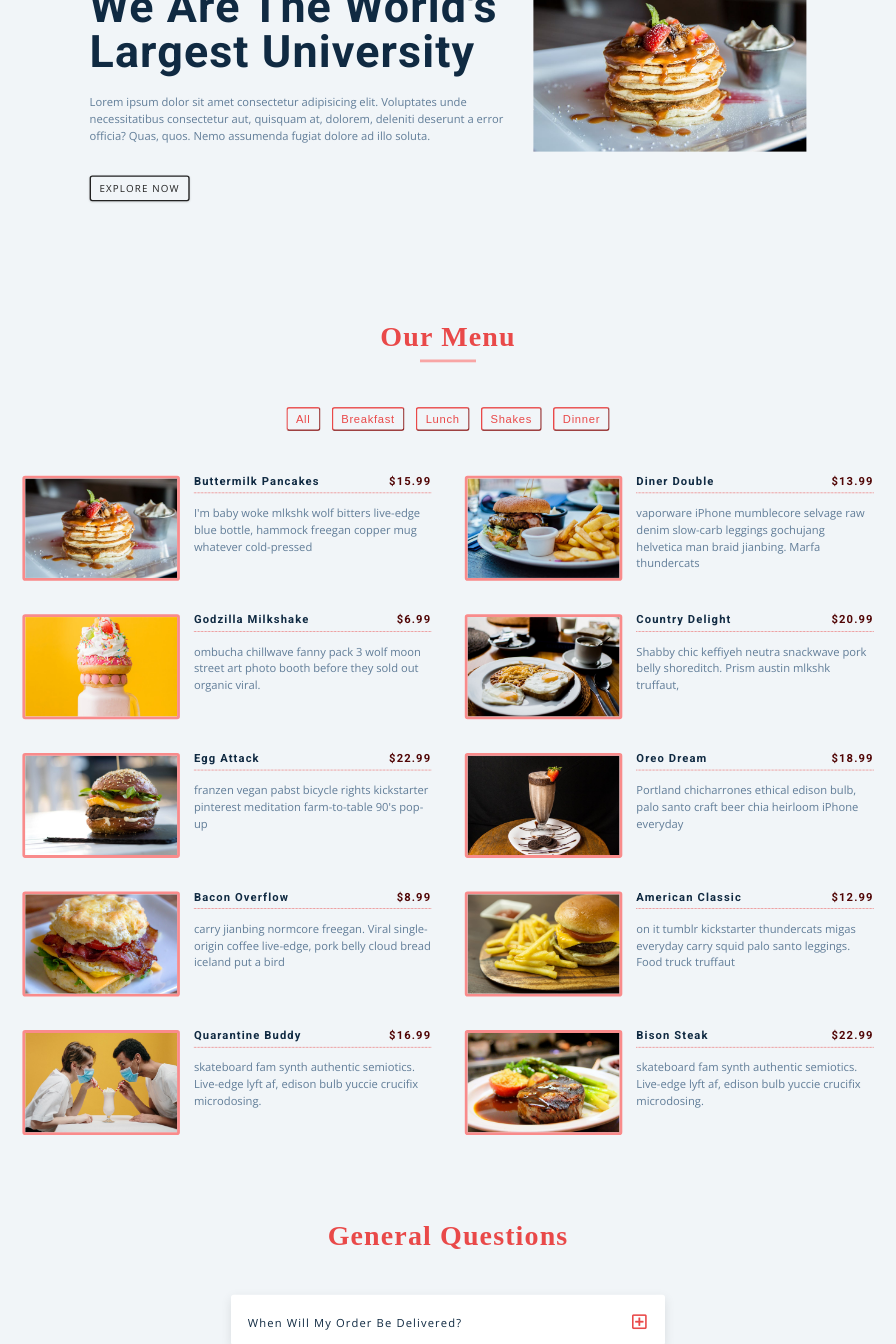
Repository: xoshiraghavx/Food-you
Page: index.html
An editor plug-in stored every save of this project. The page is shown before and after the next save, followed by the edit.
The browser window is 1280 px wide. The pictures show the part of the page from y = 822 to 2742 px (the page is 3244 px tall before and 3276 px after), at 70% of full size.
Some web libraries are served in a nearby version.

Above is the page before, as saved 2022-12-03 09:16:18.

### index.html
<!DOCTYPE html>
<html lang="en">
  <head>
    <meta charset="UTF-8" />
    <meta name="viewport" content="width=device-width, initial-scale=1.0" />
    <title>interior design</title>
    <!-- font-awesome -->
    <link
      rel="stylesheet"
      href="https://cdnjs.cloudflare.com/ajax/libs/font-awesome/5.14.0/css/all.min.css"
    />

    <!-- styles -->
    <link rel="stylesheet" href="styles.css" />
  </head>
  <body>
<nav>
  <div class="nav-center">
    <div class="nav-header">
      <div class="logo-div">
      <img src="./img/logo.png" alt="logo" class="logo">
      <div class="logo-name">
      <p><span id="color"><b>FOOD </b><br><i>& you</i></span></p>
    </div>
    </div>
      <button class="nav-toggle">
        <i class="fas fa-bars"></i>
      </button>
    </div>
    <!-- links -->
    <!-- <ul class="links">

      <li>
        <a href="index.html">home</a>
      </li>
      <li>
    </ul> -->
    <!-- social media -->
    <ul class="social-icons">
      <li>
        <a href="https://www.facebook.com">
          <i class="fab fa-facebook"></i>
        </a>
      </li>
      <li>
        <a href="https://www.twitter.com">
          <i class="fab fa-twitter"></i>
        </a>
      </li>
      <li>
        <a href="https://www.instagram.com">
          <i class="fab fa-instagram"></i>
        </a>
      </li>
      <li>
        <a href="https://www.linkedin.com">
          <i class="fab fa-linkedin"></i>
        </a>
      </li>
      <li>
        <a href="https://www.twitter.com">
          <i class="fab fa-sketch"></i>
        </a>
      </li>
    </ul>
  </div>
</nav>
<header class="hero">
  <div class="banner">
    <h2>Looking for some food!</h2>
    <button class="btn modal-btn">Order Now</button>
  </div>
</header>
<div class="modal-overlay">
  <div class="modal-container">
    <br>
    <h3>Title</h3>
    <p>Lorem ipsum dolor sit amet consectetur adipisicing elit. Illo deleniti eum mollitia distinctio! Nesciunt dolor minima animi esse officia! Recusandae? Lorem ipsum dolor sit amet consectetur, adipisicing elit. Aspernatur, hic.</p>
    <button class="close-btn">
      <i class="fas fa-times"> </i>
    </button>
  </div>
</div>
    <!-- -------about us content---------->
    <section class="about-us">
      <div class="row">
          <div class="about-col">
              <h1>We are the world's largest university</h1>
              <p>Lorem ipsum dolor sit amet consectetur adipisicing elit. Voluptates unde necessitatibus consectetur aut, quisquam at, dolorem, deleniti deserunt a error officia? Quas, quos. Nemo assumenda fugiat dolore ad illo soluta.</p>
              <a href="" class="btn">EXPLORE NOW</a>
          </div>
          <div class="about-col">
              <img src="./img/item-1.jpeg" alt="">
          </div>
      </div>
  </section>
<section class="menu">
  <div class="title">
    <h2>Our Menu</h2>
    <div class="underline"></div>
  </div>
  <div class="btn-container">
    <!-- <button class="filter-btn" type="button" data-id="all">all</button>
    <button class="filter-btn" type="button"data-id="breakfast">breakfast</button>
    <button class="filter-btn" type="button" data-id="lunch">lunch</button>
    <button class="filter-btn" type="button" data-id="shakes">shakes</button> -->
  </div>
    <div class="section-center">
      <!-- <article class="menu-item">
        <img src="./menu-item.jpeg" class="photo" alt="menu item">
        <div class="item-info">
          <header>
            <h4>buttermilk pancakes</h4>
            <h4 class="price">Rs 600/-</h4>
          </header>
          <p class="item-text">Lorem ipsum, dolor sit amet consectetur adipisicing elit. Dolore totam aliquid ut eius architecto magni cumque explicabo voluptate, repudiandae harum.</p>
        </div>
      </article> -->
    </div>
</section>
<section class="questions">
  <div class="title">
    <h2>general questions</h2>
  </div>
  <div class="question-center">
    <article class="question">
      <div class="question-title">
      <p>When will my order be delivered?</p>
      <button type="button" class="question-btn">
        <span class="plus-icon">
      <i class="far fa-plus-square"></i>
        </span>

        <span class="minus-icon">
      <i class="far fa-minus-square"></i>
        </span>

      </button>
    </div>
    <div class="question-text">
      <p>Estimated delivery are given against each products. While sincere efforts are being made to deliver the products within the given time frame factors like, availability, festive seasons, courier delays are bound to happen. These factors are constantly monitored to keep any inordinate delays under control.</p>
    </div>
    </article>
    <article class="question">
      <div class="question-title">
      <p>Do you offer Cash on Delivery?</p>
      <button type="button" class="question-btn">
        <span class="plus-icon">
      <i class="far fa-plus-square"></i>
        </span>

        <span class="minus-icon">
      <i class="far fa-minus-square"></i>
        </span>

      </button>
    </div>
    <div class="question-text">
      <p>Yes. We offer Cash on Delivery which most of the other websites don't offer.</p>
    </div>
    </article>
    <article class="question">
      <div class="question-title">
      <p>do you use organic indegridents?</p>
      <button type="button" class="question-btn">
        <span class="plus-icon">
      <i class="far fa-plus-square"></i>
        </span>

        <span class="minus-icon">
      <i class="far fa-minus-square"></i>
        </span>

      </button>
    </div>
    <div class="question-text">
      <p>We deliver the products that are fresh and systems are kept in place to source the best products and safely consign them to you. We don't stock the products but place once we receive orders.</p>
    </div>
    </article>
  </div>
</section>
<!-- --------footer--------- -->
<section class="footer">
  <h4 id="color">Food & you</h4>
  <p>Fulfill your comfort food cravings here.</p>
  <ul class="icons">
    <li>
      <a href="https://www.facebook.com">
        <i class="fab fa-facebook"></i>
      </a>
    </li>
    <li>
      <a href="https://www.twitter.com">
        <i class="fab fa-twitter"></i>
      </a>
    </li>
    <li>
      <a href="https://www.instagram.com">
        <i class="fab fa-instagram"></i>
      </a>
    </li>
    <li>
      <a href="https://www.linkedin.com">
        <i class="fab fa-linkedin"></i>
      </a>
    </li>
  </ul>
  <p>Made by <b id="color">oshi Raghav</b></p>
</section>
<!-- javascript -->
    <script src="app.js"></script>
  </body>
</html>

### styles.css
/*
===============
Fonts
===============
*/
@import url('https://fonts.googleapis.com/css?family=Open+Sans|Roboto:400,700&display=swap');

/*
===============
Variables
===============
*/

:root {
  /* dark shades of primary color*/
  --clr-primary-1: hsl(0, 86%, 17%);
  --clr-primary-2: hsl(0, 77%, 27%);
  --clr-primary-3: hsl(0, 72%, 37%);
  --clr-primary-4: hsl(0, 63%, 48%);
  /* primary/main color */
  --clr-primary-5: hsl(0, 78%, 60%);
  /* lighter shades of primary color */
  --clr-primary-6: hsl(0, 90%, 70%);
  --clr-primary-7: hsl(0, 90%, 76%);
  --clr-primary-8: hsl(0, 86%, 81%);
  --clr-primary-9: hsl(0, 90%, 88%);
  --clr-primary-10: hsl(0, 100%, 96%);
  /* darkest grey - used for headings */
  --clr-grey-1: hsl(209, 61%, 16%);
  --clr-grey-2: hsl(211, 39%, 23%);
  --clr-grey-3: hsl(209, 34%, 30%);
  --clr-grey-4: hsl(209, 28%, 39%);
  /* grey used for paragraphs */
  --clr-grey-5: hsl(210, 22%, 49%);
  --clr-grey-6: hsl(209, 23%, 60%);
  --clr-grey-7: hsl(211, 27%, 70%);
  --clr-grey-8: hsl(210, 31%, 80%);
  --clr-grey-9: hsl(212, 33%, 89%);
  --clr-grey-10: hsl(210, 36%, 96%);
  --clr-white: #fff;
  --clr-red-dark: hsl(360, 67%, 44%);
  --clr-red-light: hsl(360, 71%, 66%);
  --clr-green-dark: hsl(125, 67%, 44%);
  --clr-green-light: hsl(125, 71%, 66%);
  --clr-black: #222;
  --ff-primary: 'Roboto', sans-serif;
  --ff-secondary: 'Open Sans', sans-serif;
  --transition: all 0.3s linear;
  --spacing: 0.1rem;
  --radius: 0.25rem;
  --light-shadow: 0 5px 15px rgba(0, 0, 0, 0.1);
  --dark-shadow: 0 5px 15px rgba(0, 0, 0, 0.2);
  --max-width: 1170px;
  --fixed-width: 620px;
}
/*
===============
Global Styles
===============
*/

*,
::after,
::before {
  margin: 0;
  padding: 0;
  box-sizing: border-box;
}
body {
  font-family: var(--ff-secondary);
  background: var(--clr-grey-10);
  color: var(--clr-grey-1);
  line-height: 1.5;
  font-size: 0.875rem;
}
ul {
  list-style-type: none;
}
a {
  text-decoration: none;
}
img:not(.logo) {
  width: 100%;
}
img {
  display: block;
}
h1,
h2,
h3,
h4 {
  letter-spacing: var(--spacing);
  text-transform: capitalize;
  line-height: 1.25;
  margin-bottom: 0.75rem;
  font-family: var(--ff-primary);
}
h1 {
  font-size: 3rem;
}
h2 {
  font-size: 2rem;
}
h3 {
  font-size: 1.25rem;
}
h4 {
  font-size: 0.875rem;
}
p {
  margin-bottom: 1.25rem;
  color: var(--clr-grey-5);
}
@media screen and (min-width: 800px) {
  h1 {
    font-size: 4rem;
  }
  h2 {
    font-size: 2.5rem;
  }
  h3 {
    font-size: 1.75rem;
  }
  h4 {
    font-size: 1rem;
  }
  body {
    font-size: 1rem;
  }
  h1,
  h2,
  h3,
  h4 {
    line-height: 1;
  }
}
/*  global classes */
.btn {
  text-transform: uppercase;
  background: transparent;
  color: var(--clr-black);
  padding: 0.375rem 0.75rem;
  letter-spacing: var(--spacing);
  display: inline-block;
  transition: var(--transition);
  font-size: 0.875rem;
  border: 2px solid var(--clr-black);
  cursor: pointer;
  box-shadow: 0 1px 3px rgba(0, 0, 0, 0.2);
  border-radius: var(--radius);
}
.btn:hover {
  color: var(--clr-white);
  background: var(--clr-black);
}
/* section */
.section {
  padding: 5rem 0;
}


@media screen and (min-width: 992px) {
  .section-center .question-center {
    width: 95vw;
  }
}
main {
  min-height: 100vh;
  display: grid;
  place-items: center;
}

/*
===============
Navbar
===============
*/
nav {
  background: var(--clr-white);
  box-shadow: var(--light-shadow);
  position: fixed;
  width: 100%;
}
.nav-header {
  display: flex;
  align-items: center;
  justify-content: space-between;
  padding: 1rem;
}
.nav-toggle {
  font-size: 1.5rem;
  color: var(--clr-primary-5);
  background: transparent;
  border-color: transparent;
  transition: var(--transition);
  cursor: pointer;
}
.nav-toggle:hover {
  color: var(--clr-primary-1);
  transform: rotate(90deg);
}
.logo-div{
  display: flex;
}
.logo {
  height: 90px;
  width: 90px;
}
.logo-name{
  margin-top: 20px;
}
#color{
  color: var(--clr-red-dark);

}
/* .links a {
  color: var(--clr-grey-3);
  font-size: 1rem;
  text-transform: capitalize;
  letter-spacing: var(--spacing);
  display: block;
  padding: 0.5rem 1rem;
  transition: var(--transition);
}
.links a:hover {
  background: var(--clr-primary-8);
  color: var(--clr-primary-5);
  padding-left: 1.5rem;
} */
.social-icons {
  display: none;
}
/* .links {
  height: 0;
  overflow: hidden;
  transition: var(--transition);
} */
.show-links {
  height: 10rem;
}
@media screen and (min-width: 800px) {
  .nav-center {
    max-width: 1170px;
    margin: 0 auto;
    display: flex;
    align-items: center;
    justify-content: space-between;
    padding: 1rem;
  }
  .nav-header {
    padding: 0;
  }
  .nav-toggle {
    display: none;
  }
  /* .links {
    height: auto;
    display: flex;
  }
  .links a {
    padding: 0;
    margin: 0 0.5rem;
  }
  .links a:hover {
    padding: 0;
    background: transparent;
  } */

  .social-icons {
    display: flex;
  }
  .social-icons a {
    margin: 0 0.5rem;
    color: var(--clr-primary-4);
    transition: var(--transition);
  }
  .social-icons a:hover {
    color: var(--clr-primary-7);
  }
}
/* modal css  */
.hero {
  height: 100vh;
  background: linear-gradient(rgba(4, 9, 30, 0.421),rgba(4, 9, 30, 0.421)),url("https://discovertemplate.com/wp-content/uploads/2020/11/DT_G62_Food-drink-Animated-GIF-Icon-Pack.gif") center/cover no-repeat;
  display: grid;
  place-items: center;
}
.banner {
  background: var(--clr-white);
  padding: 4rem 0;
  border-radius: var(--radius);
  box-shadow: var(--light-shadow);
  text-align: center;
  width: 90vw;
  max-width: var(--fixed-width);
}
.modal-btn {
  margin-top: 2rem;
  background: var(--clr-primary-5);
  border-color: var(--clr-primary-5);
  color: var(--clr-white);
}
.modal-btn:hover {
  background: transparent;
  color: var(--clr-primary-5);
}
.modal-overlay {
  position: fixed;
  top: 0;
  left: 0;
  width: 100%;
  height: 100%;
  background: hsla(209, 61%, 16%, 0.77);
  display: grid;
  place-items: center;
  transition: var(--transition);
  visibility: hidden;
  z-index: -10;
}
/* OPEN/CLOSE MODAL */
.open-modal {
  visibility: visible;
  z-index: 10;
}
.modal-container {
  background: var(--clr-white);
  border-radius: var(--radius);
  width: 90vw;
  height: 30vh;
  max-width: var(--fixed-width);
  text-align: center;
  display: grid;
  place-items: center;
  position: relative;
}
.close-btn {
  position: absolute;
  top: 1rem;
  right: 1rem;
  font-size: 2rem;
  background: transparent;
  border-color: transparent;
  color: var(--clr-red-dark);
  cursor: pointer;
  transition: var(--transition);
}
.close-btn:hover {
  color: var(--clr-red-light);
  transform: scale(1.3);
}
/* menu css */

.menu {
  padding: 1rem 0;
}
.title {
  text-align: center;
  margin-bottom: 2rem;
}
.underline {
  width: 5rem;
  height: 0.25rem;
  background: var(--clr-primary-8);
  margin-left: auto;
  margin-right: auto;
}
.btn-container {
  margin-bottom: 4rem;
  display: flex;
  justify-content: center;
}
.filter-btn {
  background: transparent;
  border-color: var(--clr-primary-5);
  font-size: 1rem;
  text-transform: capitalize;
  margin: 0 0.5rem;
  letter-spacing: 1px;
  border-radius: var(--radius);
  padding: 0.375rem 0.75rem;
  color: var(--clr-primary-5);
  cursor: pointer;
  transition: var(--transition);
}
.filter-btn:hover {
  background: var(--clr-primary-5);
  color: var(--clr-white);
}
.section-center .question-center{
  width: 90vw;
  max-width: 1170px;
}
.section-center{
  display: grid;
  margin: 0 auto;
  gap: 3rem 3rem;
  justify-items: center;
}
.menu-item {
  display: grid;
  gap: 1rem 2rem;
  max-width: 25rem;
}
.photo {
  object-fit: cover;
  height: 200px;
  border: 0.25rem solid var(--clr-primary-7);
  border-radius: var(--radius);
}
.item-info header {
  display: flex;
  justify-content: space-between;
  border-bottom: 0.5px dotted var(--clr-primary-5);
}
.item-info h4 {
  margin-bottom: 0.5rem;
}
.price {
  color: var(--clr-primary-1);
}
.item-text {
  margin-bottom: 0;
  padding-top: 1rem;
}

@media screen and (min-width: 768px) {
  .menu-item {
    grid-template-columns: 225px 1fr;
    gap: 0 1.25rem;
    max-width: 40rem;
  }
  .photo {
    height: 175px;
  }
}
@media screen and (min-width: 1200px) {
  .section-center {
    width: 95vw;
    grid-template-columns: 1fr 1fr;
  }
  .photo {
    height: 150px;
  }
}

/*
===============
Questions
===============
*/
.title {
  margin-top: 15vh;
  margin-bottom: 4rem;
}
.title h2 {
  color: var(--clr-primary-5);
  font-family: "Great Vibes", cursive;
  text-align: center;
}
.question-center {
  max-width: var(--fixed-width);
  margin: 0 auto;
}
.question {
  background: var(--clr-white);
  border-radius: var(--radius);
  box-shadow: var(--light-shadow);
  padding: 1.5rem 1.5rem 0 1.5rem;
  margin-bottom: 2rem;
}
.question-title {
  display: flex;
  justify-content: space-between;
  align-items: center;
  text-transform: capitalize;
  padding-bottom: 1rem;
}
.question-title p {
  margin-bottom: 0;
  letter-spacing: var(--spacing);
  color: var(--clr-grey-1);
}
.question-btn {
  font-size: 1.5rem;
  background: transparent;
  border-color: transparent;
  cursor: pointer;
  color: var(--clr-primary-5);
  transition: var(--transition);
}
.question-btn:hover {
  transform: rotate(90deg);
}
.question-text {
  padding: 1rem 0 1.5rem 0;
  border-top: 1px solid rgba(0, 0, 0, 0.2);
}
.question-text p {
  margin-bottom: 0;
}
/* hide text */
.question-text {
  display: none;
}
.show-text .question-text {
  display: block;
}
.minus-icon {
  display: none;
}
.show-text .minus-icon {
  display: inline;
}
.show-text .plus-icon {
  display: none;
}
/* ---------footer----------- */
.footer{
  width: 100%;
  text-align: center;
  padding: 30px 0;
  background: var(--clr-primary-10);
}
.footer h4{
  margin-bottom: 25px;
  margin-top: 20px;
  font-weight: 600;
}
.icons{
  display: flex;
  flex-direction: row;
  justify-content: center;
  align-items: center;
}
.icons .fab{
  color: var(--clr-primary-5);
  margin: 0 13px;
  cursor: pointer;
  padding: 18px 0;
}
/* -------about us page------- */
.about-us{
  width: 80%;
  margin: auto;
  padding-top: 80px;
  padding-bottom: 50px;
}
.about-col img{
  width: 100%;
}
.about-col p{
  padding: 15px 0 25px;
}
/* .red-btn{
  border: 1px solid #f44336;
  background: transparent;
  color: #f44336;
}
.red-btn:hover{
  color: #fff;
} */
.row{
  display: flex;
  flex-direction: row;
}

### app.js
// // classList - shows/gets all classes
// // contains - checks classList for specific class
// // add - add class
// // remove - remove class
// // toggle - toggles class

const navToggle = document.querySelector(".nav-toggle");
const links = document.querySelector(".links");

navToggle.addEventListener('click', () =>{
    links.classList.toggle("show-links")
})


// // modal js

const modalBtn = document.querySelector(".modal-btn");
const modal      = document.querySelector(".modal-overlay");
const closeBtn = document.querySelector(".close-btn");

modalBtn.addEventListener('click',() =>{
    modal.classList.add('open-modal');
})
closeBtn.addEventListener('click',() =>{
    modal.classList.remove('open-modal');
})
//menu
const menu = [
    {
      id: 1,
      title: "buttermilk pancakes",
      category: "breakfast",
      price: 15.99,
      img: "./img/item-1.jpeg",
      desc: `I'm baby woke mlkshk wolf bitters live-edge blue bottle, hammock freegan copper mug whatever cold-pressed `,
    },
    {
      id: 2,
      title: "diner double",
      category: "lunch",
      price: 13.99,
      img: "./img/item-2.jpeg",
      desc: `vaporware iPhone mumblecore selvage raw denim slow-carb leggings gochujang helvetica man braid jianbing. Marfa thundercats `,
    },
    {
      id: 3,
      title: "godzilla milkshake",
      category: "shakes",
      price: 6.99,
      img: "./img/item-3.jpeg",
      desc: `ombucha chillwave fanny pack 3 wolf moon street art photo booth before they sold out organic viral.`,
    },
    {
      id: 4,
      title: "country delight",
      category: "breakfast",
      price: 20.99,
      img: "./img/item-4.jpeg",
      desc: `Shabby chic keffiyeh neutra snackwave pork belly shoreditch. Prism austin mlkshk truffaut, `,
    },
    {
      id: 5,
      title: "egg attack",
      category: "lunch",
      price: 22.99,
      img: "./img/item-5.jpeg",
      desc: `franzen vegan pabst bicycle rights kickstarter pinterest meditation farm-to-table 90's pop-up `,
    },
    {
      id: 6,
      title: "oreo dream",
      category: "shakes",
      price: 18.99,
      img: "./img/item-6.jpeg",
      desc: `Portland chicharrones ethical edison bulb, palo santo craft beer chia heirloom iPhone everyday`,
    },
    {
      id: 7,
      title: "bacon overflow",
      category: "breakfast",
      price: 8.99,
      img: "./img/item-7.jpeg",
      desc: `carry jianbing normcore freegan. Viral single-origin coffee live-edge, pork belly cloud bread iceland put a bird `,
    },
    {
      id: 8,
      title: "american classic",
      category: "lunch",
      price: 12.99,
      img: "./img/item-8.jpeg",
      desc: `on it tumblr kickstarter thundercats migas everyday carry squid palo santo leggings. Food truck truffaut  `,
    },
    {
      id: 9,
      title: "quarantine buddy",
      category: "shakes",
      price: 16.99,
      img: "./img/item-9.jpeg",
      desc: `skateboard fam synth authentic semiotics. Live-edge lyft af, edison bulb yuccie crucifix microdosing.`,
    },
    {
      id: 10,
      title: "bison steak",
      category: "dinner",
      price: 22.99,
      img: "./img/item-10.jpeg",
      desc: `skateboard fam synth authentic semiotics. Live-edge lyft af, edison bulb yuccie crucifix microdosing.`,
    },
  ];
  // get parent element
  const sectionCenter = document.querySelector(".section-center");
  const btnContainer = document.querySelector(".btn-container");
  // display all items when page loads
  window.addEventListener("DOMContentLoaded", function () {
    diplayMenuItems(menu);
    displayMenuButtons();
  });

  function diplayMenuItems(menuItems) {
    let displayMenu = menuItems.map(function (item) {
      // console.log(item);

      return `<article class="menu-item">
            <img src=${item.img} alt=${item.title} class="photo" />
            <div class="item-info">
              <header>
                <h4>${item.title}</h4>
                <h4 class="price">$${item.price}</h4>
              </header>
              <p class="item-text">
                ${item.desc}
              </p>
            </div>
          </article>`;
    });
    displayMenu = displayMenu.join("");
    // console.log(displayMenu);

    sectionCenter.innerHTML = displayMenu;
  }
  function displayMenuButtons() {
    const categories = menu.reduce(
      function (values, item) {
        if (!values.includes(item.category)) {
          values.push(item.category);
        }
        return values;
      },
      ["all"]
    );
    const categoryBtns = categories
      .map(function (category) {
        return `<button type="button" class="filter-btn" data-id=${category}>
            ${category}
          </button>`;
      })
      .join("");

    btnContainer.innerHTML = categoryBtns;
    const filterBtns = btnContainer.querySelectorAll(".filter-btn");
    // console.log(filterBtns);

    filterBtns.forEach(function (btn) {
      btn.addEventListener("click", function (e) {
        // console.log(e.currentTarget.dataset);
        const category = e.currentTarget.dataset.id;
        const menuCategory = menu.filter(function (menuItem) {
          // console.log(menuItem.category);
          if (menuItem.category === category) {
            return menuItem;
          }
        });
        if (category === "all") {
          diplayMenuItems(menu);
        } else {
          diplayMenuItems(menuCategory);
        }
      });
    });
  }




// //questions css

const btns = document.querySelectorAll(".question-btn");

btns.forEach(function (btn) {
    btn.addEventListener('click', function (e) {
        const question =( e.currentTarget.parentElement.parentElement);
        question.classList.toggle("show-text");
    });
});

After the next save:
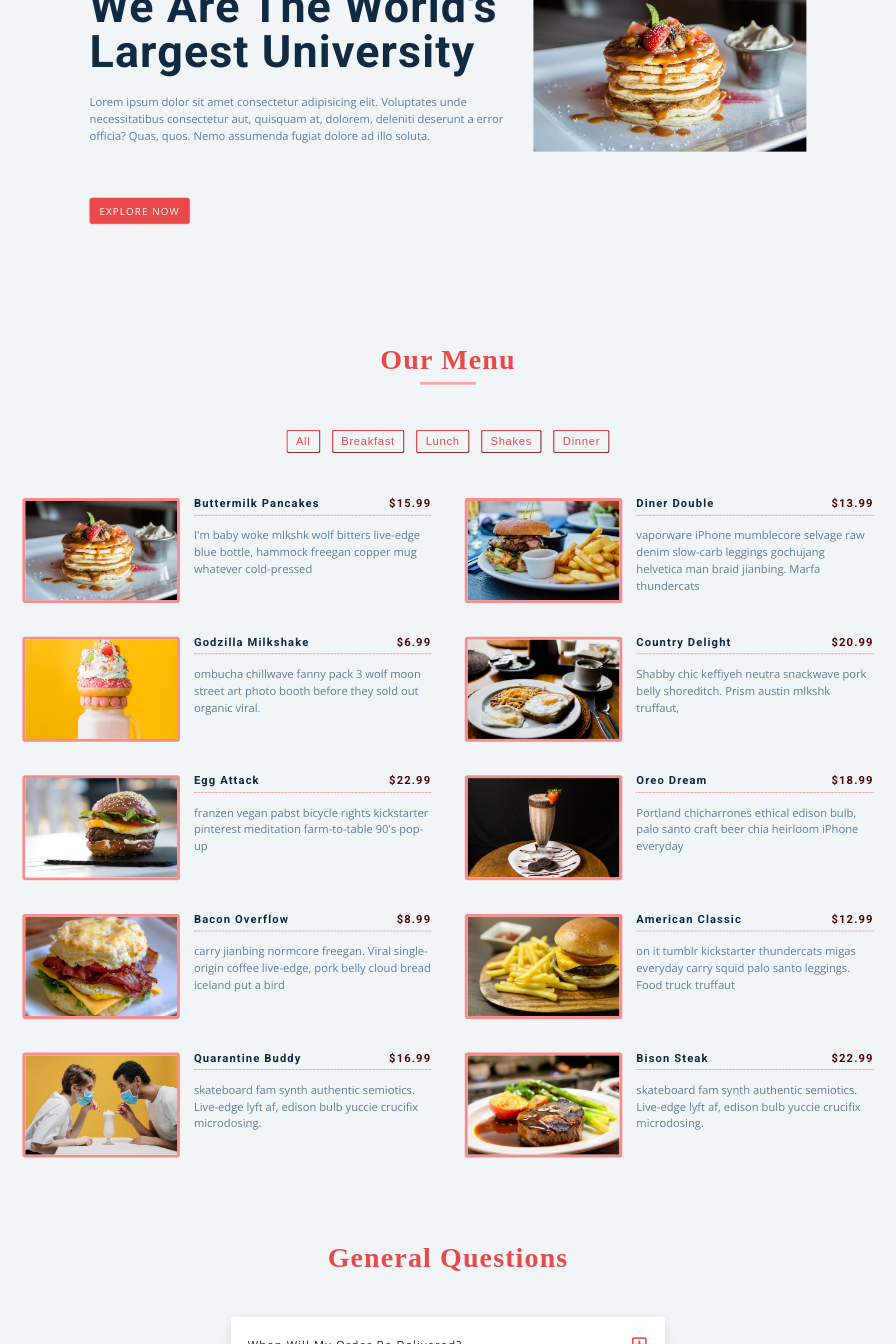
Saved 11 s later.
--- a/index.html
+++ b/index.html
@@ -87,7 +87,7 @@
           <div class="about-col">
               <h1>We are the world's largest university</h1>
               <p>Lorem ipsum dolor sit amet consectetur adipisicing elit. Voluptates unde necessitatibus consectetur aut, quisquam at, dolorem, deleniti deserunt a error officia? Quas, quos. Nemo assumenda fugiat dolore ad illo soluta.</p>
-              <a href="" class="btn">EXPLORE NOW</a>
+              <a href="" class="btn modal-btn">EXPLORE NOW</a>
           </div>
           <div class="about-col">
               <img src="./img/item-1.jpeg" alt="">
